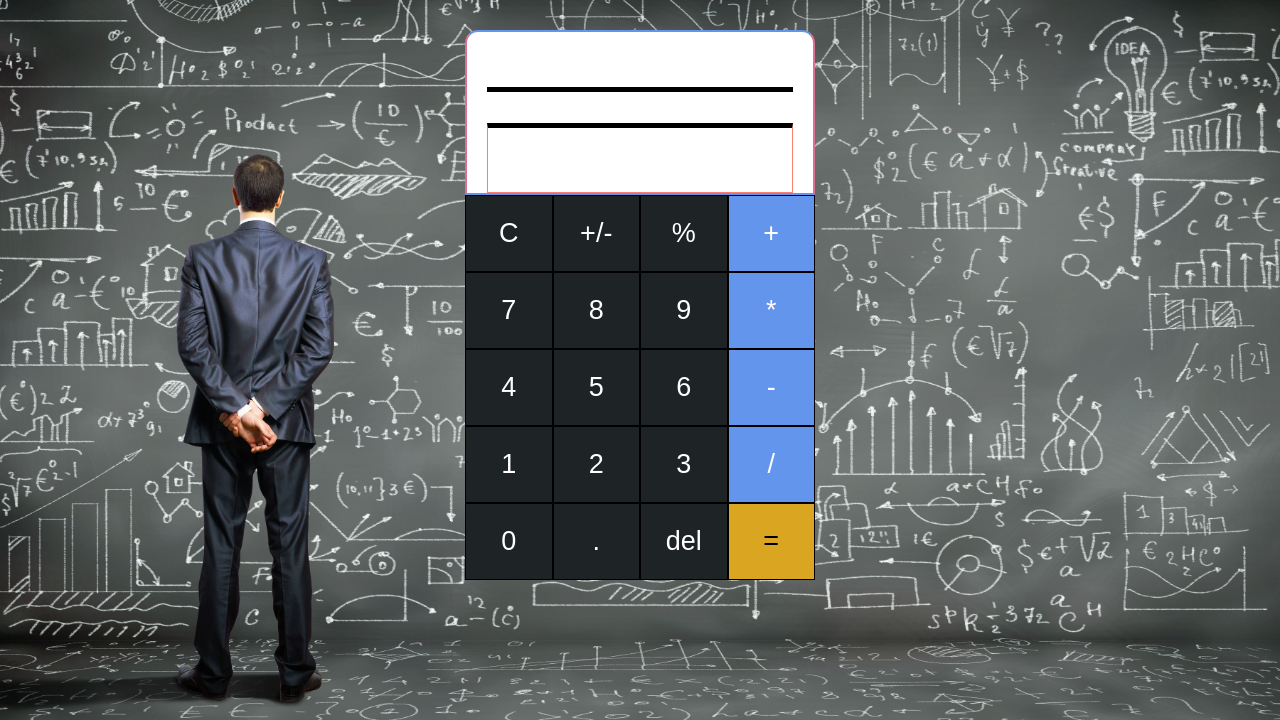
Repository: OfirLana/Calculator
Page: index.html
An editor plug-in stored every save of this project. The page is shown before and after a run of saves, followed by the edit.
The browser window is 1280 px wide. The pictures show the whole page.

Above is the page before, as saved 2019-03-18 13:42:01.

### index.html
<!DOCTYPE html>
<html lang="en">

<head>
    <meta charset="UTF-8">
    <meta name="viewport" content="width=device-width, initial-scale=1.0">
    <meta http-equiv="X-UA-Compatible" content="ie=edge">
    <link href="https://fonts.googleapis.com/css?family=Lato:100,300,400,700,900" rel="stylesheet">
    <title>Document</title>
    <link rel="stylesheet" href="style.css">
</head>

<body>

    <div class="calculator">
        <div class="output_box">
            <div class="main_output" ></div>
            <div class="sub_output"></div>
        </div>


        <div class="opeartor_box">
            <button class="btn dlt">C</button>
            <button class="btn">+/-</button>
            <button class="btn ">%</button>
            <button class="btn op">+</button>
            <button class="btn">7</button>
            <button class="btn">8</button>
            <button class="btn">9</button>
            <button class="btn op">*</button>
            <button class="btn">4</button>
            <button class="btn">5</button>
            <button class="btn">6</button>
            <button class="btn op">-</button>
            <button class="btn">1</button>
            <button class="btn">2</button>
            <button class="btn">3</button>
            <button class="btn op">/</button>
            <button class="btn">0</button>
            <button class="btn">.</button>
            <button class="btn">del</button>
            <button class="btn sum">=</button>


        </div>








    </div>
    <script src="index.js"></script>
</body>

</html>

### style.css
* {
    margin: 0;
    padding: 0;
    box-sizing: border-box;
}

html {
    font-size: 62.5%;
}

body {
    font-family: "Lato", sans-serif;
    font-size: 1.6rem;
    color: #777;
    padding: 3rem 0px 0px 0px;
    /* background: cadetblue; */
    background:url(img/math2.jpg);
    background-size: cover;

}



.calculator {
    display: flex;
    flex-direction: column;
    margin: 0 auto;
    width: 35rem;
    height: 55rem;
    /* border: 1px solid red; */
    border-radius: 5px;
}

.output_box {
    display: flex;
    flex-direction: column;
    flex-basis: 30%;
    border: 2px solid cornflowerblue;
    border-radius: 13px 13px 0px 0px;
    border-right: 2px solid palevioletred;
    border-left: 2px solid palevioletred;
    width: 100%;
    justify-content: space-between;
    padding:0px 20px;
    background:white;
    color:black;
    font-size:19px;
}

.main_output {
    display: flex;
    /* border: 1px solid blue; */
    height: 6rem;
    justify-content: center;
    align-items:center;
    /* background:blue; */
  /* border:1px solid tomato; */
    width:100%;
    /* background:blue; */
    text-align:end;
    overflow: hidden;
    border-bottom: 5px solid black;
}






.sub_output {
    display: flex;
    border: 1px solid salmon;
    height: 7rem;
    /* background:red; */
    display:flex;
    justify-content: center;
    align-items: center;
    overflow: hidden;
    border-top:5px solid black;
    /* background:tomato; */
}

.opeartor_box{
    display:flex;
    /* flex-direction: column; */
    flex-wrap:wrap;
    width:100%;
    /* border:5px solid purple; */
    flex-basis:70%;
}

.btn{
    width:25%;
    height:20%;
    background:#1E2326;
    border: 1px solid black;
    color:white;
    font-size:27px;
    font-weight:100;
    cursor: pointer;
}

.btn:active{
    background: salmon;
    border:1px solid black;
}
.btn:hover{
    opacity:0.8;
}
.op {
    background:cornflowerblue;
}

.sum{
    background:goldenrod;
    color:black;
}

Loaded but not shown: index.js (no copy from this time; the picture is the same without it)

After the next 3 saves:
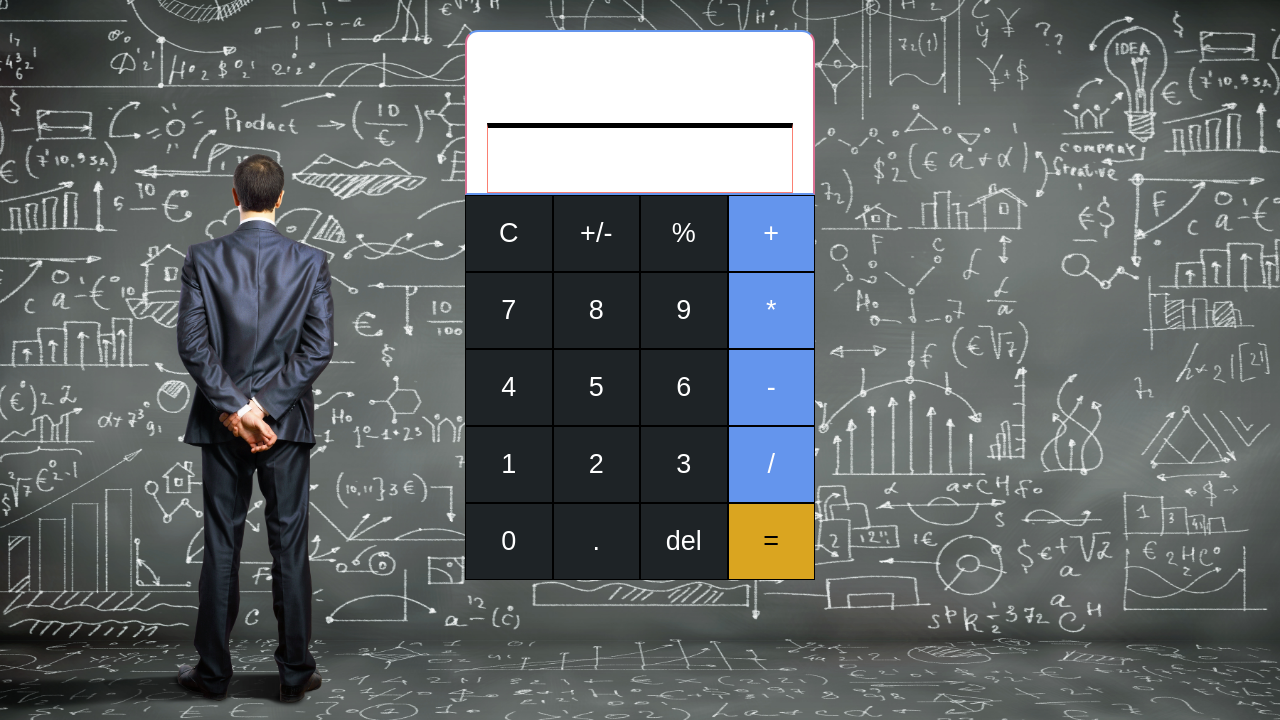
The 3 saves are shown as one change because they came seconds apart.
The last was saved 10 s later.
--- a/style.css
+++ b/style.css
@@ -59,7 +59,7 @@ body {
     /* background:blue; */
     text-align:end;
     overflow: hidden;
-    border-bottom: 5px solid black;
+
 }
 
 
